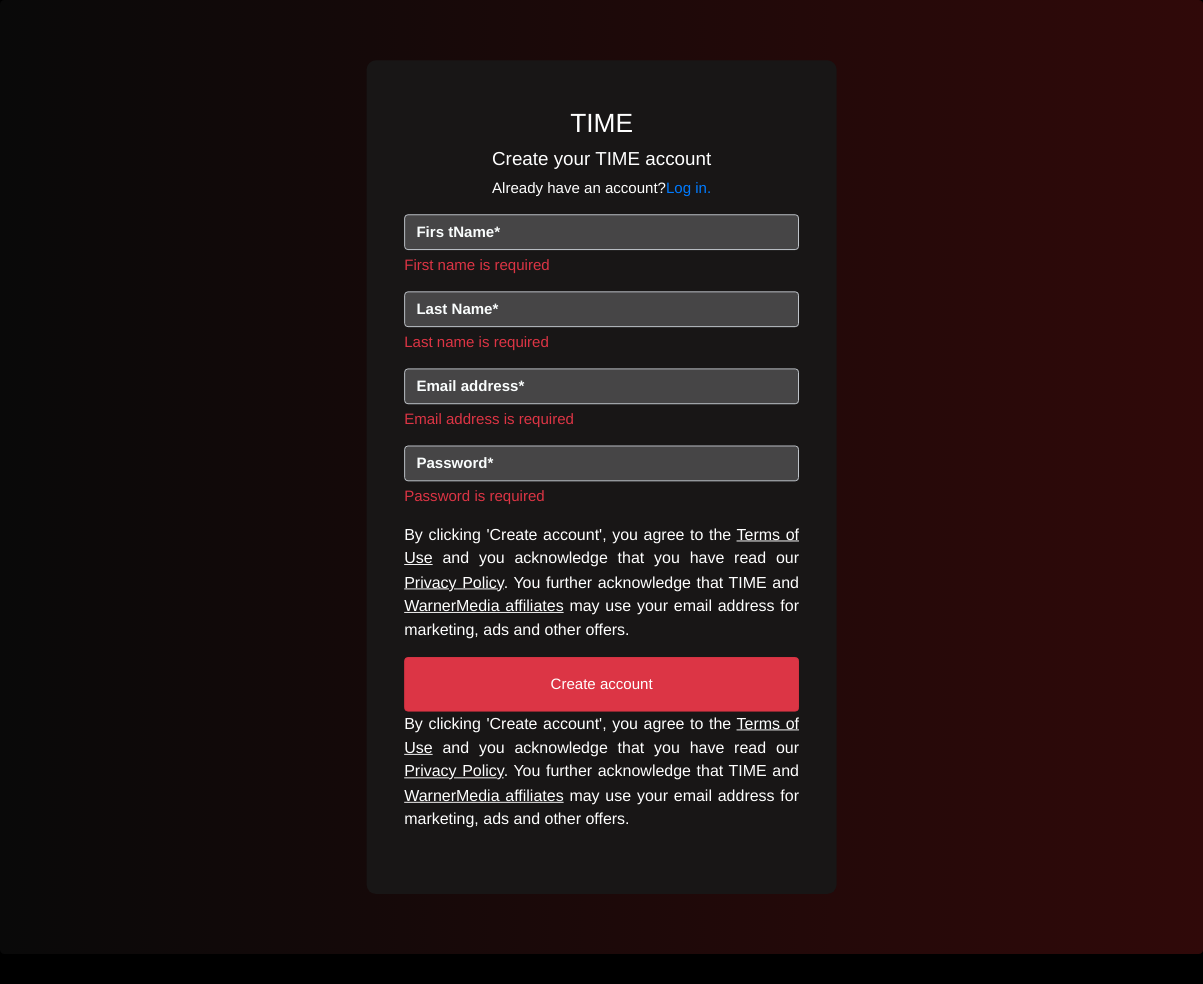
Repository: Vu14082002/WebTinTuc
Page: html/SignUp.html
An editor plug-in stored every save of this project. The page is shown before and after the next save, followed by the edit.
The browser window is 1280 px wide. The pictures show the whole page, at 94% of full size.
Some web libraries are served in a nearby version.

Above is the page before, as saved 2022-04-09 14:20:13.

After the next save:
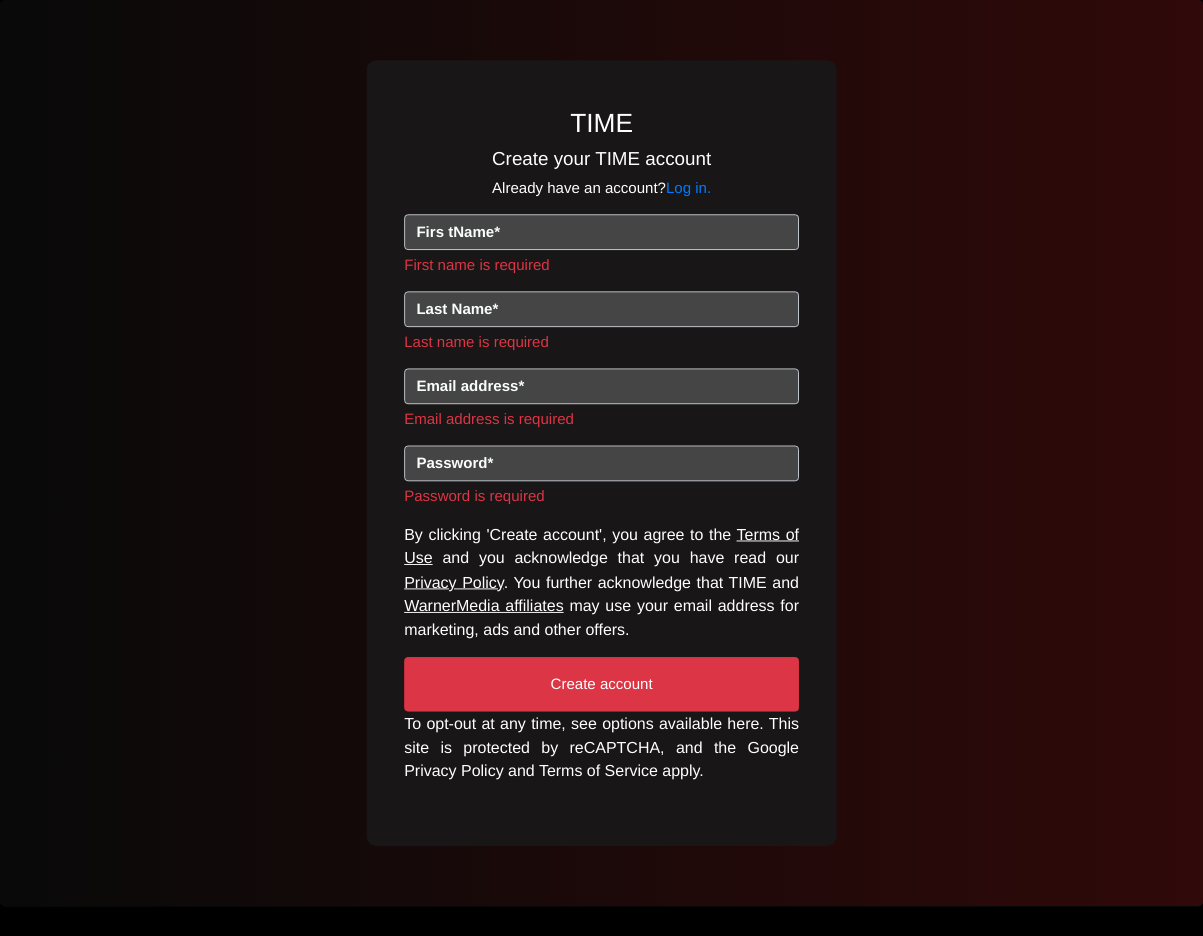
Saved 8 s later.
--- a/html/SignUp.html
+++ b/html/SignUp.html
@@ -51,9 +51,7 @@
                 </p>
                 <a href="../html/login.html"><button type="button" class="btn btn-danger w-100 p-3">Create account</button>  </a>
                 <p class=" text-justify">
-                    By clicking 'Create account', you agree to the <a  class="theA" href="../html/TermsOfuse.html">Terms of Use</a> and you acknowledge that you have read our
-                    <a  class="theA" href="https://www.warnermediaprivacy.com/policycenter/b2c/affiliateslist/">Privacy Policy</a>. You further acknowledge that TIME and <a  class="theA" href="../html/TermsOfuse.html">WarnerMedia affiliates</a> may use your email address for marketing,
-                    ads and other offers.
+                    To opt-out at any time, see options available here. This site is protected by reCAPTCHA, and the Google Privacy Policy and Terms of Service apply.
                 </p>
             </div>
 
